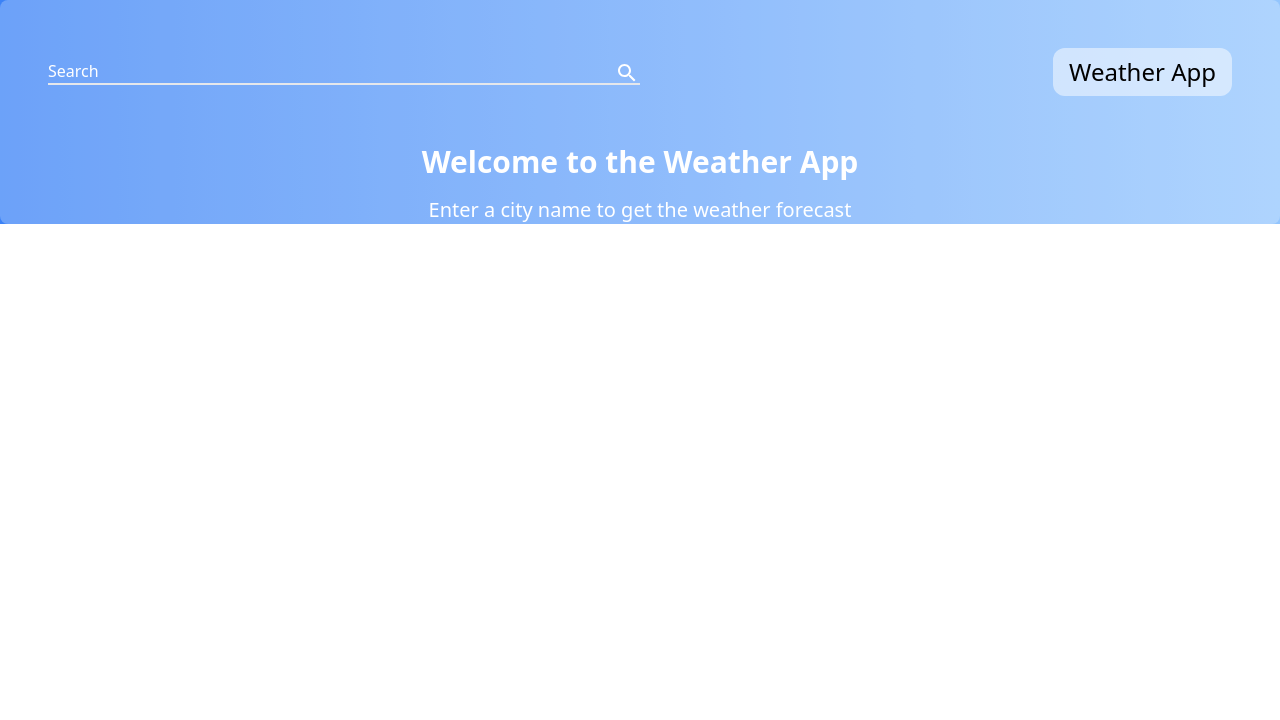
Repository: DevAntonioRogers/react-weatherapp-v2
Page: /
An editor plug-in stored every save of this project. The page is shown before and after the next save, followed by the edit.
The browser window is 1280 px wide. The pictures show the whole page.
The project was rebuilt for these pictures with package versions that can differ from the ones it lists, and the page was loaded fresh each time. The framework's server and built-in components were replaced by stand-ins that run in the browser. Also part of the build but not shown: next.config.js, app/utils/currentDate.tsx, app/components/Current.tsx, app/components/WeekForecast.tsx. Imported but missing from the stored project, and not drawn on this page: app/components/WeatherDetails.

Above is the page before, as saved 2023-05-21 01:45:54.

After the next save:
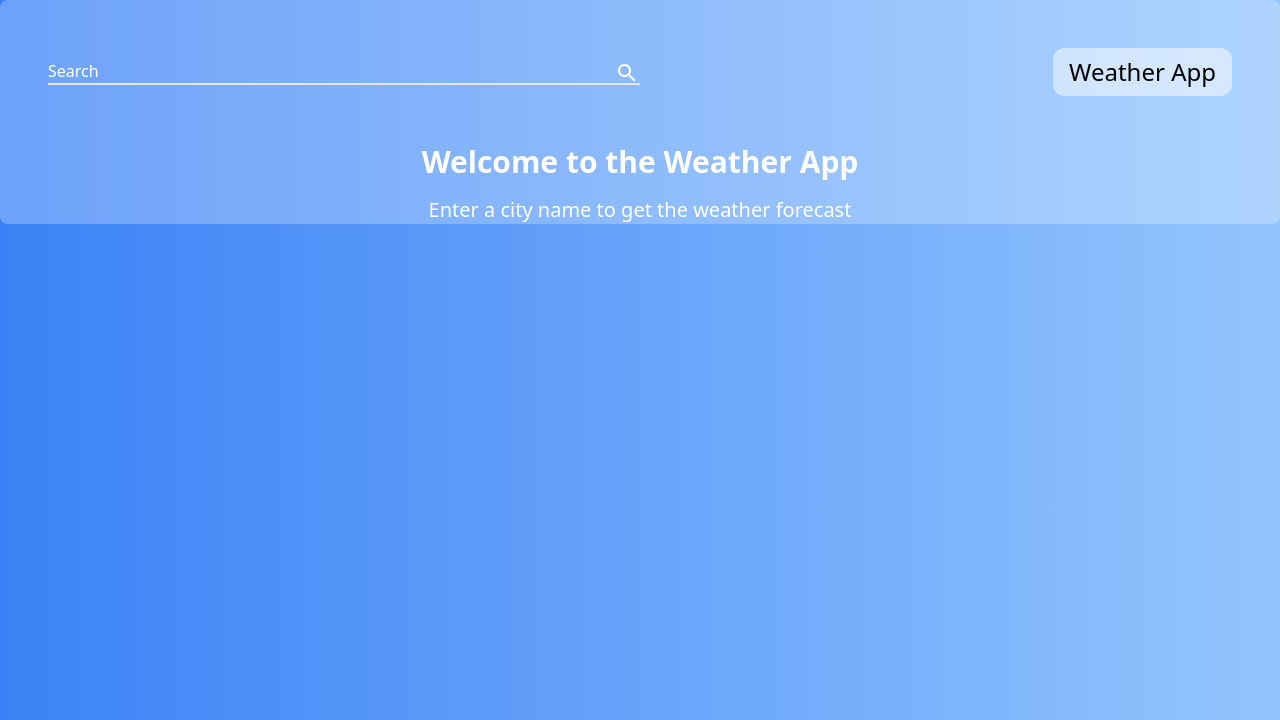
Saved 12 s later.
--- a/app/page.tsx
+++ b/app/page.tsx
@@ -61,7 +61,7 @@
   }
 
   return (
-    <div className="bg-cover bg-gradient-to-r from-blue-500 to-blue-300 h-full">
+    <div className="bg-cover bg-gradient-to-r from-blue-500 to-blue-300 h-screen">
       <div className="bg-white/25 w-full rounded-lg flex flex-col h-fit">
         <div className="flex flex-col md:flex-row justify-between items-center p-12">
           <Input handleSearch={handleSearch} location={location} setLocation={setLocation} />

After the save that followed:
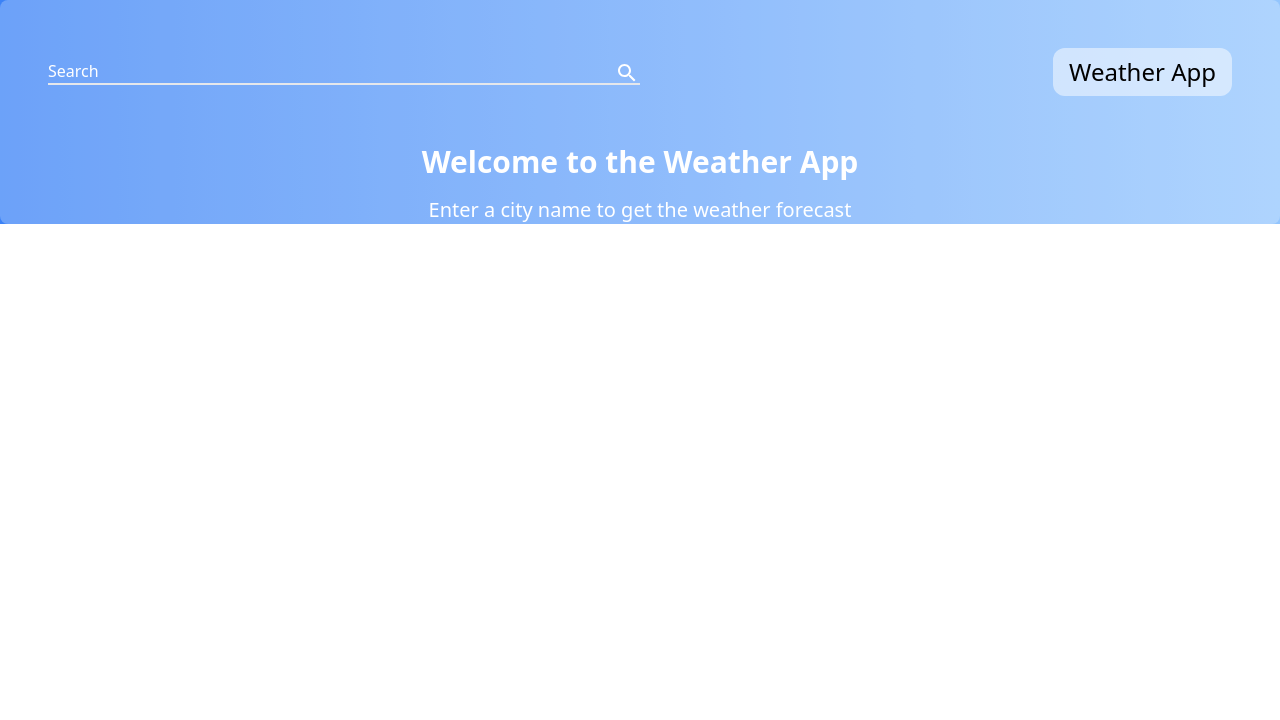
Saved 18 s later.
--- a/app/page.tsx
+++ b/app/page.tsx
@@ -61,7 +61,7 @@
   }
 
   return (
-    <div className="bg-cover bg-gradient-to-r from-blue-500 to-blue-300 h-screen">
+    <div className="bg-cover bg-gradient-to-r from-blue-500 to-blue-300 h-fit">
       <div className="bg-white/25 w-full rounded-lg flex flex-col h-fit">
         <div className="flex flex-col md:flex-row justify-between items-center p-12">
           <Input handleSearch={handleSearch} location={location} setLocation={setLocation} />
